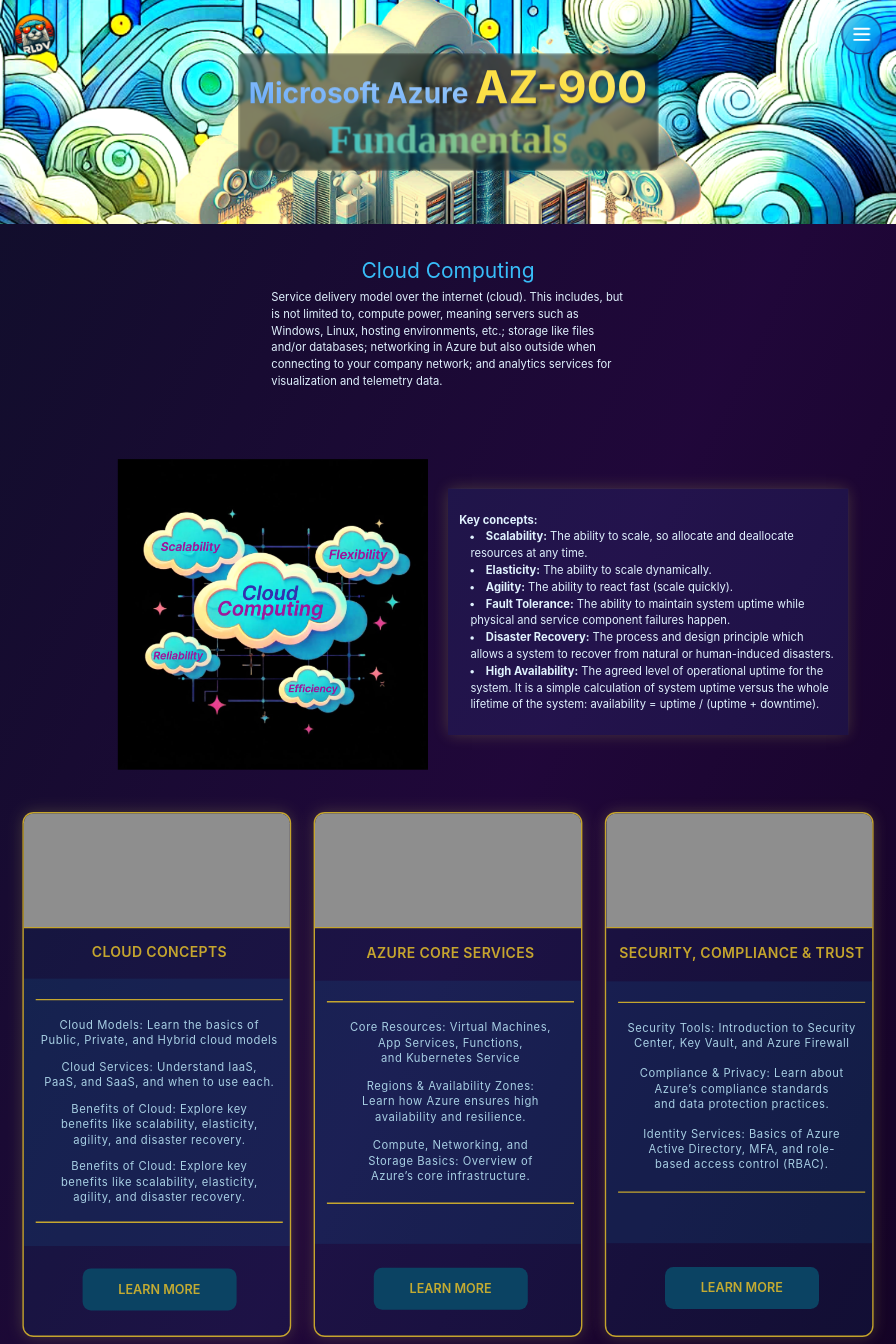
Repository: Freezler/az-900_svelte5
Page: /
These files come from the project's save history. The page is drawn as it stood at one moment and after the next save; the edit follows.
The browser window is 1280 px wide. The pictures show the part of the page from y = 0 to 1920 px (the page is 2638 px tall before and 2566 px after), at 70% of full size.
Pictures or frames that could not be fetched are drawn as grey boxes. The project was rebuilt for these pictures with package versions that can differ from the ones it lists, and the page was loaded fresh each time. The framework's server and built-in components were replaced by stand-ins that run in the browser. Also part of the build but not shown: vite.config.ts.

Above is the page before, as saved 2024-11-10 10:48:58.

### src/app.html
<!doctype html>
<html lang="en">
	<head>
		<meta charset="utf-8" />
		<link rel="icon" href="%sveltekit.assets%/favicon.png" />
		<meta name="viewport" content="width=device-width, initial-scale=1" />
		%sveltekit.head%
	</head>
	<body data-sveltekit-preload-data="hover" >
		<div style="display: contents">%sveltekit.body%</div>
	</body>
</html>

### src/routes/+layout.svelte
<script lang="ts">
	import '../app.css';
	let { children } = $props();

</script>

<div class="bg-gradient-to-br from-[#0d0c28fc] via-[#1b0135f9] to-[#10021e] bg-cover bg-center bg-no-repeat ">{@render children()}</div>

### src/routes/+page.svelte
<script lang="ts">
	import ComputingArticle from '../components/ComputingArticle.svelte';

	import Toggle from '../components/Toggle.svelte';
	import Header from '../components/Header.svelte';
	import Popover from '../components/Menu.svelte';
	import Cards from '../components/Cards.svelte';
	import Login from '../components/Login.svelte';
</script>

<header class="">
	<Popover />
	<Header />
</header>
<main>
	<section>
		<ComputingArticle />
		<Cards />
	</section>
	<aside><Toggle /></aside>
	<footer><Login /></footer>
</main>

### src/app.css
@tailwind base;
@tailwind components;
@tailwind utilities;

:root {
  --text-color  : rgba(244, 205, 48, 0.888);
  --bg-color    : hsla(217, 87%, 3%, 0.298);
  --bg-color2   : hsla(299, 91%, 31%, 0.974);
  --bg-gradient : 135deg, rgba(237, 249, 10, .7) 0%, rgba(216, 204, 37, 0.7) 35%, rgba(0, 212, 255, 0.7) 100%;
  --bg-gradient2: 90deg, rgba(216, 204, 37, 0.5) 0%, rgba(0, 212, 255, 0.5) 70%;
}

* {
  margin     : 0;
  padding    : 0;
  box-sizing : border-box;
  user-select: none;
  /* outline : 1px dotted red; */
}

body {
  font-family: 'Inter', sans-serif;


}

### src/components/ComputingArticle.svelte
<div class="grid items-center justify-center gap-2 place-self-center text-sky-100 max-w-[50ch]  pt-12">
	<h2 class="text-3xl text-center text-sky-400">Cloud Computing</h2>
	<p>
		Service delivery model over the internet (cloud). This includes, but is not limited to, compute
		power, meaning servers such as Windows, Linux, hosting environments, etc.; storage like files
		and/or databases; networking in Azure but also outside when connecting to your company network;
		and analytics services for visualization and telemetry data.
	</p>
</div>

<section class="grid items-center grid-cols-1 lg:grid-cols-2 justify-center place-items-center place-self-center place-content-center gap-0	z-10 text-start">
	<img
		src="../public/images/cloud.png"
		alt="cloudSolutions"
		loading="lazy"

		class=" text-sky-100 w-full md:w-[572px]  mx-auto rounded-xl p-0 m-0"
	/>
	<article
		class=" bg-blue-500/10  text-sky-100 px-4 py-8 w-[572px] mt-16 prounded-xl shadow-[0_0px_22px_rgba(255,255,99,0.2)]"
	>
		<p><strong>Key concepts:</strong></p>
		<ul class="list-inside list-disc pl-4">
			<li>
				<strong>Scalability:</strong> The ability to scale, so allocate and deallocate resources at any
				time.
			</li>
			<li><strong>Elasticity:</strong> The ability to scale dynamically.</li>
			<li><strong>Agility:</strong> The ability to react fast (scale quickly).</li>
			<li>
				<strong>Fault Tolerance:</strong> The ability to maintain system uptime while physical and service
				component failures happen.
			</li>
			<li>
				<strong>Disaster Recovery:</strong> The process and design principle which allows a system to
				recover from natural or human-induced disasters.
			</li>
			<li>
				<strong>High Availability:</strong> The agreed level of operational uptime for the system. It
				is a simple calculation of system uptime versus the whole lifetime of the system: availability
				= uptime / (uptime + downtime).
			</li>
		</ul>
	</article>
</section>

### src/components/Toggle.svelte
<script lang="ts">

	let name = $state('Randy');
	let status: 'DARK' | 'LIGHT' = $state('DARK');
	let full_name = $derived(name + ' ' + 'de vries');

	function toggle() {
		status = status === 'DARK' ? 'LIGHT' : 'DARK';
	}

	function onclick() {
		status = status === 'DARK' ? 'LIGHT' : 'DARK';
		window.document.body.classList.toggle('dark-mode')
	}
</script>

<div class="max-w-[400px] mx-auto grid place-items-center items-center justify-center gap-2 border-2 p-4  py-8 my-4 bg-yellow-600/10">
		<p class="text-2xl font-serif text-white ">
			set theme: <span class="font-sans {status === 'LIGHT' ? 'text-gray-200' : 'text-red-900'}">{status}</span>
		</p>

		<!-- <button on:click={toggle}>toggle status</button> -->
		<button
			class=" w-[176px] rounded bg-blue-500 px-4 py-2 font-bold text-white hover:bg-blue-700 active:scale-[.98]"
			type="button"
			onclick={toggle}>Toggle theme</button
		>
	</div>

### src/components/Header.svelte
<script lang="ts">
	// Declare props
	let { name = 'AZ-900' } = $props();

	// Local state for the surname
	let surname = $state('Fundamentals');

	// Derived state for the full name
	let full_name = $derived(`${name} ${surname}`);
</script>

<div
	class="max-w-[100svw] z-100 mx-auto grid h-80 place-content-center place-items-center items-center justify-center bg-[url('/public/images/headImage.png')] bg-cover bg-top"
>
	<div class="grid backdrop-blur-[2px] px-4 rounded-lg backdrop-brightness-[.50] pb-4">
		<h1
			class="shadow-[rgba(7, 25, 224, 0.9)] drop bg-clip-text text-center text-[clamp(1rem,5vw,2.5rem)] font-bold text-transparent bg-gradient-to-tr from-blue-400 via-blue-300 to-blue-700  drop-shadow-[-2px_2px_2px_rgba(137, 25, 224, 0.9)]"
		>
			Microsoft Azure <span
				class="bg-gradient-to-tr from-yellow-300 via-yellow-300 to-yellow-200 bg-clip-text text-[clamp(2.8rem,5vw,8.5rem)] font-bold text-transparent drop-shadow-[2px_4px_2px_rgba(36,50,100,0.9)]"
				>{name}</span
			>
		</h1>
		<h3
			class="bg-clip-text text-6xl text-center text-[clamp(1rem,5vw,3.5rem)] font-[700] font-[montserrat] bg-gradient-to-r from-[hsl(192,88%,51%)] via-[--hsl(192,88%,71%)] to-[--text-color]  pb- text-transparent drop-shadow-[2px_4px_32px_rgba(6,100,150,0.9)] backdrop-brightness-[.90] "
		>
			{surname}
		</h3>
	</div>
</div>

### src/components/Menu.svelte
<script lang="ts">
	import { cubicInOut } from 'svelte/easing';
	import { fly } from 'svelte/transition';
	let showMenu: boolean = $state(false);


</script>

	<!-- Your existing code -->

<img
	src="/public/images/Design 2.png"
	alt="Ran form Logo"
	class="fixed left-[16px] top-[16px] w-[64px] rounded-full z-[200]"
/>
<button
	onclick={() => (showMenu = !showMenu)}
	class="fixed right-[20px] top-[20px] flex  h-[58px] w-[58px] items-center justify-center rounded-full bg-blue-600/20 backdrop-blur text-white border-2 border-blue-900"
>
	<svg
		xmlns="http://www.w3.org/2000/svg"
		class="h-8 w-8"
		fill="none"
		viewBox="0 0 24 24"
		stroke="currentColor"
	>
		{#if showMenu}
			<path
				stroke-linecap="round"
				stroke-linejoin="round"
				stroke-width="2"
				d="M6 18L18 6M6 6l12 12"
			/>
		{:else}
			<path
				stroke-linecap="round"
				stroke-linejoin="round"
				stroke-width="2"
				d="M4 6h16M4 12h16M4 18h16"
			/>
		{/if}
	</svg>
</button>

{#if showMenu}
	<ul
		class="items-center justify-center fixed bottom-0 right-0 z-100 grid h-[50vh] w-[100vw] border-t border-blue-900 place-content-center bg-blue-600/20 backdrop-blur text-white uppercase text-center text-xl z-[200]"
		transition:fly={{ y: 100, duration: 420, easing: cubicInOut }}
	>
		<li class="px-2 py-4 w-[80vw] underline underline-offset-4 transition-colors ease-linear duration-400 hover:bg-blue-600/20 rounded-t-lg  bg-blue-200/30">
			<a href="/">Home</a>
		</li>
		<li class=" px-2 py-4 transition-colors hover:underline underline-offset-4  ease-linear duration-400 hover:bg-blue-600/20  bg-blue-200/30">
			<a href="/concepts">Concepts</a>
		</li>
		<li class=" px-2 py-4 transition-colors hover:underline underline-offset-4 ease-linear duration-400 hover:bg-blue-600/20  bg-blue-200/30">
			<a href="/security">Security</a>
		</li>
		<li class="px-2 py-4 transition-colors  hover:underline underline-offset-4 ease-linear duration-400 hover:bg-blue-600/20 rounded-b-lg  bg-blue-200/30">
			<a href="/services">Services</a>
		</li>
	</ul>
{/if}

### src/components/Cards.svelte
<script>
	import { goto } from '$app/navigation';
	// Define your plans as an array of objects
	const concepts = [
		{
			url: 'concepts',
			image:
				'https://learn.microsoft.com/training/achievements/microsoft-azure-fundamentals-describe-cloud-concepts-social.png',
			name: 'Cloud Concepts',
			features: [
				'Cloud Models: Learn the basics of Public, Private, and Hybrid cloud models',
				'Cloud Services: Understand IaaS, PaaS, and SaaS, and when to use each.',
				'Benefits of Cloud: Explore key benefits like scalability, elasticity, agility, and disaster recovery.',
				'Benefits of Cloud: Explore key benefits like scalability, elasticity, agility, and disaster recovery.'

			]
		},
		{
			url: 'services',
			image:
				'https://images.unsplash.com/photo-1667372459510-55b5e2087cd0?q=80&w=1932&auto=format&fit=crop&ixlib=rb-4.0.3&ixid=M3wxMjA3fDB8MHxwaG90by1wYWdlfHx8fGVufDB8fHx8fA%3D%3D',
			name: 'Azure Core Services',
			features: [
				'Core Resources: Virtual Machines, App Services, Functions, and Kubernetes Service',
				'Regions & Availability Zones: Learn how Azure ensures high availability and resilience.',
				'Compute, Networking, and Storage Basics: Overview of Azure’s core infrastructure.'
			]
		},
		{
			url: 'security',
			image:
				'https://plus.unsplash.com/premium_photo-1700830452756-1a3f4314e564?q=80&w=1674&auto=format&fit=crop&ixlib=rb-4.0.3&ixid=M3wxMjA3fDB8MHxwaG90by1wYWdlfHx8fGVufDB8fHx8fA%3D%3D',
			name: 'Security, Compliance & Trust',
			features: [
				'Security Tools: Introduction to Security Center, Key Vault, and Azure Firewall',
				'Compliance & Privacy: Learn about Azure’s compliance standards and data protection practices.',
				'Identity Services: Basics of Azure Active Directory, MFA, and role-based access control (RBAC).'
			]
		}
	];
</script>

<section
	class="z-10 grid grid-rows-1 gap-8 py-8 md:grid-cols-2 md:gap-8 md:px-8 xl:grid-cols-3"
>
	{#each concepts as concept}
		<div
			class=" pt-1  grid grid-rows-[148px_64px_auto_auto] place-items-center overflow-hidden rounded-2xl border-2 border-[--text-color] bg-sky-600/10 pb-9 shadow-[0_0px_22px_rgba(255,255,99,0.2)] brightness-90 transition duration-700 hover:scale-[1.001] hover:border-[hsla(184,69%,60%,1)] hover:shadow-[2px_6px_12px_rgba(22,125,22,0.9)]"
		>
			<img
				src={concept.image}
				class=" z-10 h-[172px] pt-2  w-full border-b-2 border-[--text-color] object-cover object-center hover:border-[hsla(184,69%,60%,1)]"
				loading="lazy"
				alt="concept"
			/>
			<div class="row-span-2 grid grid-cols-subgrid place-items-center items-center justify-center">
				<h2 class="] mt-[28px] text-xl font-semibold uppercase tracking-wide text-[--text-color]">
					{concept.name}
				</h2>
			</div>

			<div
				class=" row-span-12 my-5 w-full grid grid-rows-subgrid place-items-start items-start gap-4 text-pretty border border-transparent bg-sky-500/10 px-4 pt-7 pb-6 text-center"
			>
				{#each concept.features as feature}
					<h3
						class="border-b-1 mx-auto  grid w-[35ch]  grid-rows-subgrid text-balance border-[--text-color] px-0 text-[14px] font-normal leading-snug tracking-wider text-sky-200 py-0 first:border-t-2 first:pt-6 last:pb-6 last:border-b-2 lg:text-[16px] border-s-fuchsia-400 ">
						{feature}
					</h3>
				{/each}
			</div>
			<button
				type="button"
				class="mx-auto mt-3 w-[220px] grid-cols-subgrid rounded-xl border-[2px_solid_var(--text-color)] bg-sky-900 px-8 py-4 text-base font-semibold uppercase text-[--text-color] transition duration-[420ms] hover:bg-sky-500 hover:text-white hover:shadow-[2px_2px_22px_rgb(65,183,255,0.9)] md:text-lg lg:text-lg"
				><a href="/{concept.url}">Learn more</a></button
			>
		</div>
	{/each}
</section>

### src/components/Login.svelte
<script>
	import { onMount } from 'svelte';
	let user = $state('Stranger');
	/**
	 * @param {any} response
	 */
	function googleLoginEndpoint(response) {
	  console.log('Google login successful:', response);
	}

	// onMount(() => {
	//   const script = document.createElement("script");
	//   script.src = "https://accounts.google.com/gsi/client";
	//   script.async = true;
	//   script.defer = true;
	//   document.head.appendChild(script);
	// });
</script>

<div class="relative flex min-h-[60vh] items-center justify-center py-16 ">
	<div class="flex w-full max-w-4xl flex-col overflow-hidden rounded-lg shadow-lg md:flex-row">
		<!-- Left side: Logo and Welcome message -->
		<div
			class="flex flex-col items-center justify-center bg-[url('/public/images/headImage.png')] bg-cover bg-center object-cover p-14 text-white md:w-1/2 "
		>
			<img
				src="/public/images/Design 2.png"
				alt="Ran form Logo"
				class="mb-4 h-40 w-40 rounded-full"
			/>
			<h2 class="text-2xl font-semibold p-2 rounded-xl bg-slate-600/50  ">Good Evening {user}!</h2>
			<p class="mt-2 text-center text-lg rounded-xl bg-slate-600/50  p-2 ">Log in to your account!</p>
		</div>

		<!-- Right side: Login Form -->
		<div
			class="flex flex-col items-center justify-center  h-[50vh] bg-blue-600/40 backdrop-blur pt-8 "
		>
			<!-- Google Login Button -->
			<div
				id="g_id_onload"
				data-client_id="YOUR_GOOGLE_CLIENT_ID"
				data-context="signin"
				data-callback="googleLoginEndpoint"
				data-close_on_tap_outside="false"
				data-prompt_parent_id="g_id_onload"
			></div>

			<button
				class="flex w-3/5 items-center justify-center space-x-2 rounded-full border border-gray-300 bg-white py-2 shadow-md hover:bg-gray-50 focus:outline-none"
			>
				<span class="fab fa-google text-gray-500"></span>
				<span class="text-gray-700">Continue with Google</span>
			</button>

			<!-- Divider -->
			<div class="my-4 flex w-full items-center">
				<hr class="flex-grow border-t border-gray-300" />
				<span class="px-3 text-gray-500">OR</span>
				<hr class="flex-grow border-t border-gray-300" />
			</div>

			<!-- Email Login Button -->
			<button
				class="flex w-3/5 items-center justify-center space-x-2 rounded-full border border-gray-300 bg-white py-2 shadow-md hover:bg-gray-50 focus:outline-none"
			>
				<span class="fa fa-user text-gray-500"></span>
				<span class="text-gray-700">Enter Email & Password</span>
			</button>

			<!-- Sign up and Terms Links -->
			<div class=" w-full text-center">
				<p class="text-sm text-red-300">
					Don't have an account? <a href="_blank" class="text-blue-600 hover:underline">Sign up</a>
				</p>
				<p class="mt-0 text-xs text-gray-500 w-[50ch]">
					By continuing, you agree to our <a href="_blank" target="_blank" class="hover:underline"
						>Terms of Service</a
					>
					and
					<a href="_blank" target="_blank" class="hover:underline">Privacy Policy</a>.
				</p>
			</div>
		</div>
	</div>
</div>

### tailwind.config.ts
import aspectRatio from '@tailwindcss/aspect-ratio';
import containerQueries from '@tailwindcss/container-queries';
import forms from '@tailwindcss/forms';
import typography from '@tailwindcss/typography';
// import type { Config } from 'tailwindcss';

export default {
	content: ['./src/**/*.{html,js,svelte,ts}'],


	theme: {
		extend: {
			animation: {



			},

			keyframes: {

			}

		}
	},

	plugins: [typography, forms, containerQueries, aspectRatio]
}

After the next save:
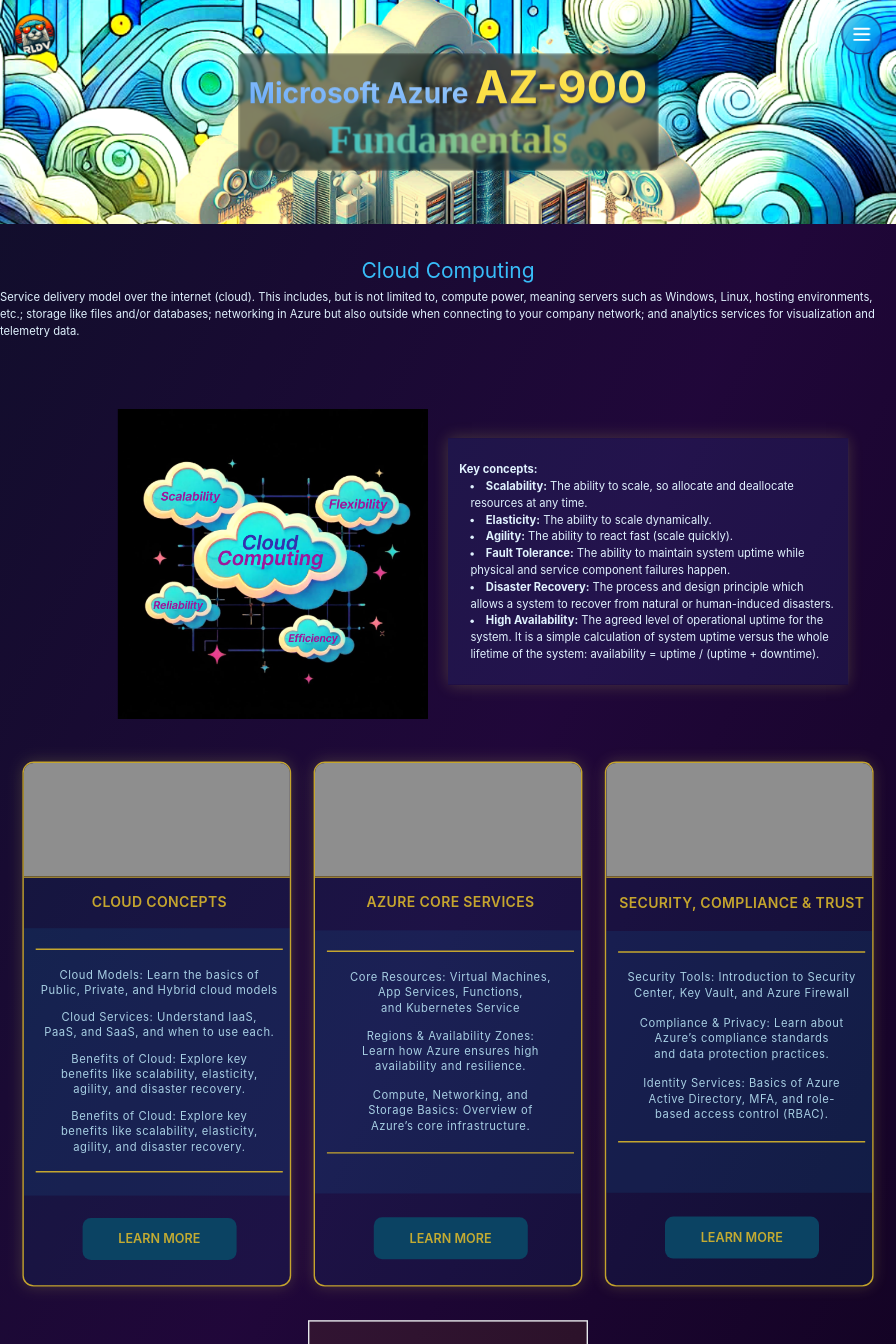
Saved 42 s later.
--- a/src/components/ComputingArticle.svelte
+++ b/src/components/ComputingArticle.svelte
@@ -1,4 +1,4 @@
-<div class="grid items-center justify-center gap-2 place-self-center text-sky-100 max-w-[50ch]  pt-12">
+<div class="grid items-center justify-center gap-2 place-self-center text-sky-100  pt-12">
 	<h2 class="text-3xl text-center text-sky-400">Cloud Computing</h2>
 	<p>
 		Service delivery model over the internet (cloud). This includes, but is not limited to, compute
